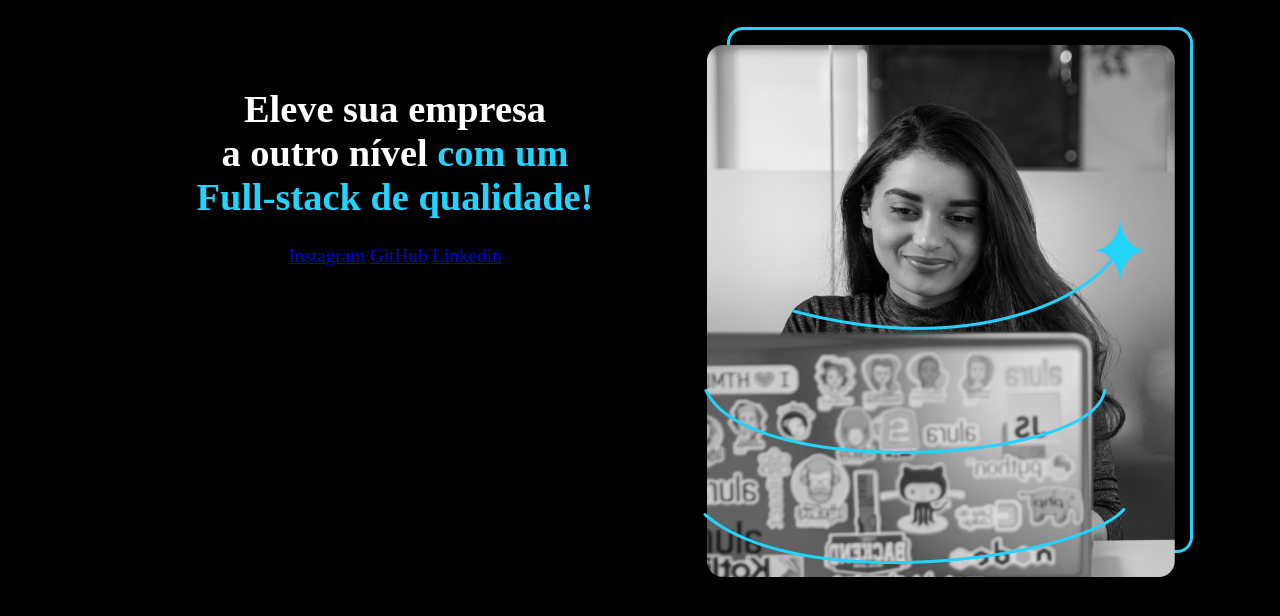
Repository: luiz123098/Sobre-mim-em-HTM-CSS
Page: htmlcss.html
The author's editor kept a copy of each file at every save. The page is drawn from the files as they stood at one save, then again after the next save.
The browser window is 1280 px wide. The pictures show the whole page.

Above is the page before, as saved 2023-03-08 14:26:29.

After the next save:
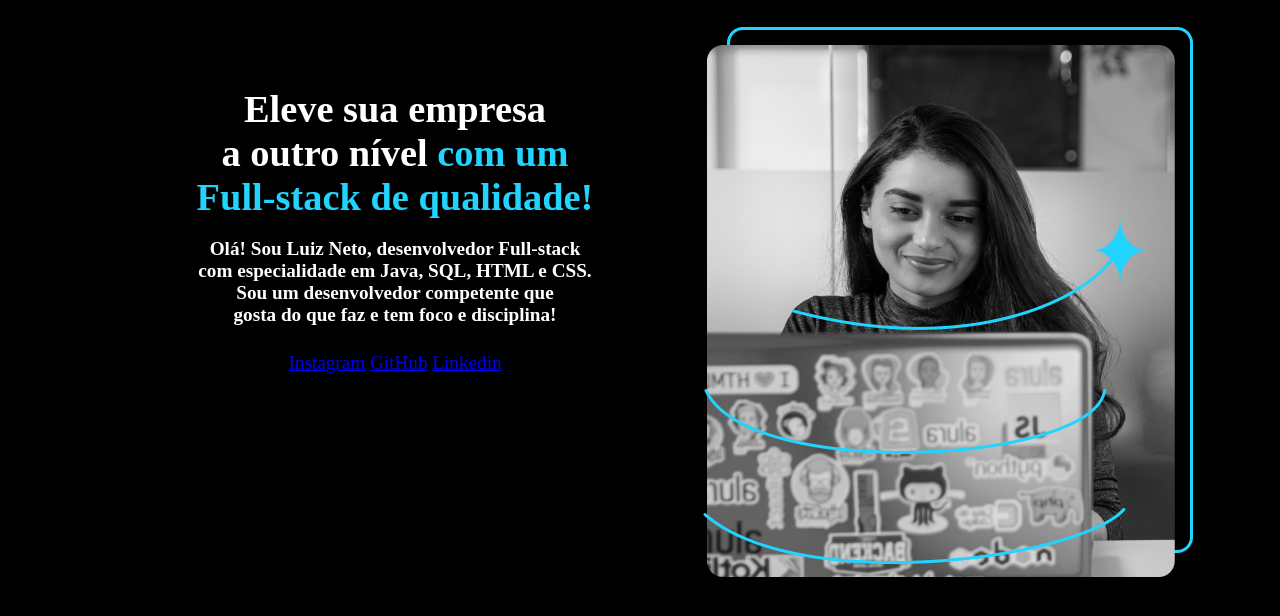
Saved 9 s later.
--- a/style.Css
+++ b/style.Css
@@ -5,7 +5,7 @@
 }
 
 .biografia{
-    font-size: 0%;
+    font-size: 50%;
     text-align: center;
 }
 
